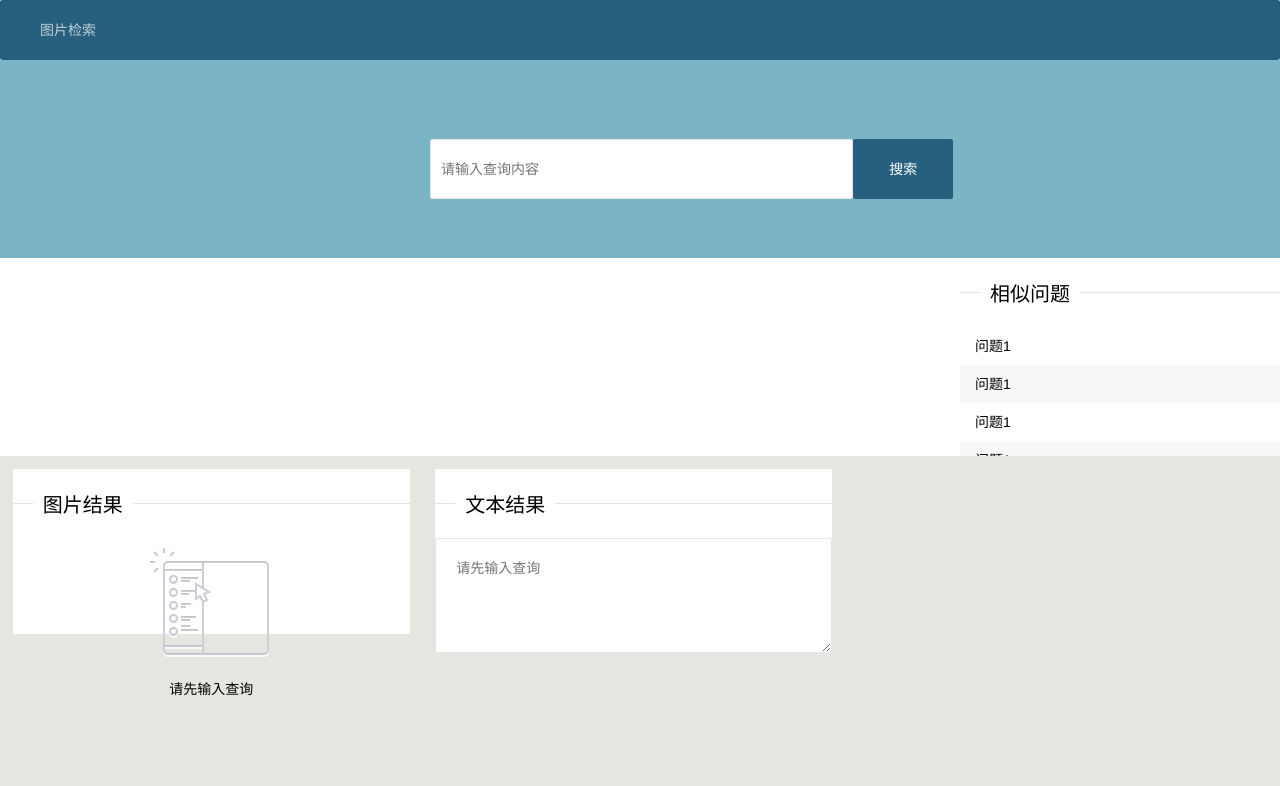
Repository: JacobiSong/boshi
Page: 网页端/html/ServiceController/Pages/index.html
These files come from the project's save history. The page is drawn as it stood at one moment and after the next save; the edit follows.
The browser window is 1280 px wide. The pictures show the whole page.
Some web libraries are served in a nearby version.

Above is the page before, as saved 2022-02-24 21:02:49.
Console error: ReferenceError: get_data is not defined

After the next save:
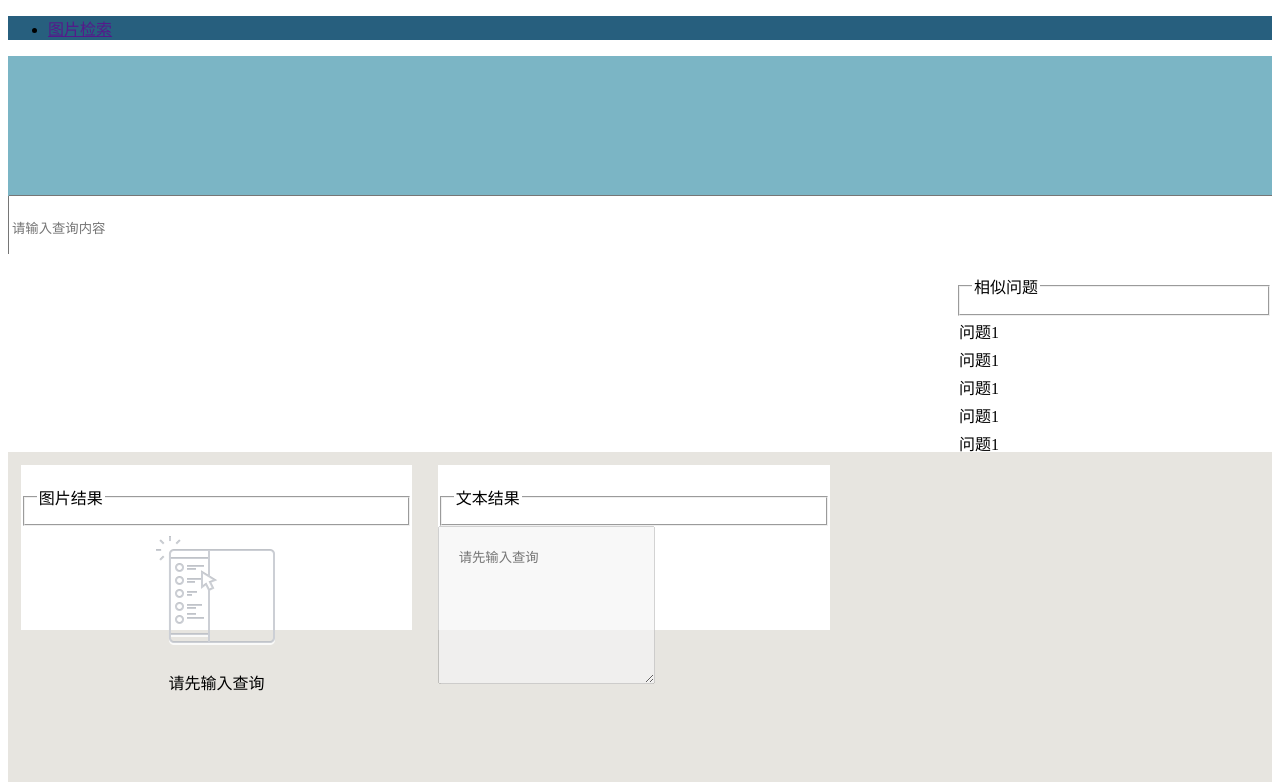
Saved 95 days later.
--- a/网页端/html/ServiceController/Pages/index.html
+++ b/网页端/html/ServiceController/Pages/index.html
@@ -4,7 +4,7 @@
 <head>
     <meta charset="UTF-8">
     <title>SearchPic</title>
-    <link rel="stylesheet" href="../../public/layui/css/layui.css">
+    <link rel="stylesheet" href="/Users/hanc/codes/searchPic/Pages/index.js">
     <link rel="stylesheet" href="index.css">
     <script src="https://apps.bdimg.com/libs/jquery/2.1.4/jquery.min.js"></script>
     <script src="./index.js"></script>
